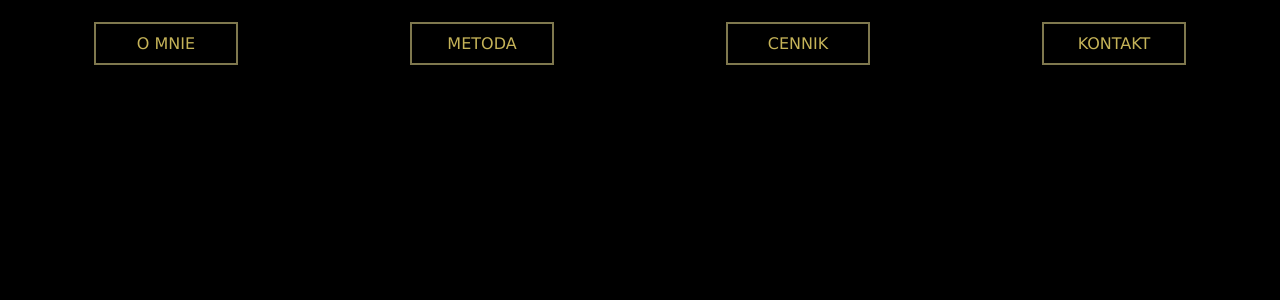
Repository: LechCieslak/Anna_Cieslak_v2.1
Page: index.html
These files come from the project's save history. The page is drawn as it stood at one moment and after a run of saves; the edit follows.
The browser window is 1280 px wide. The pictures show the whole page.

Above is the page before, as saved 2020-08-27 21:23:01.

After the next 2 saves:
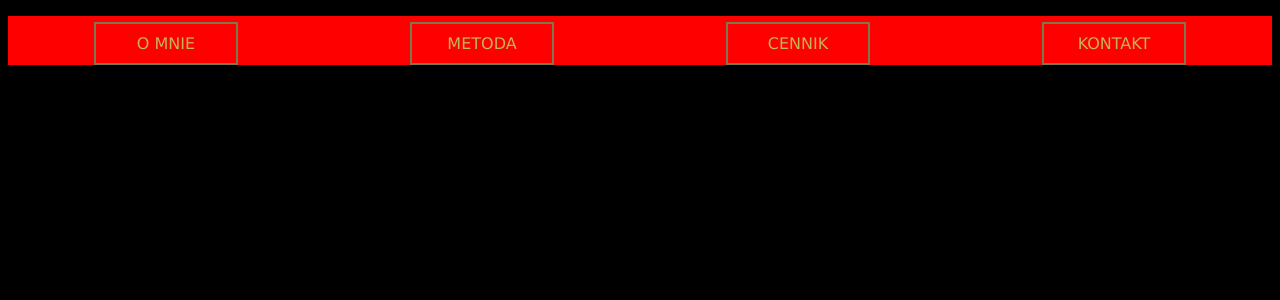
The 2 saves are shown as one change because they came seconds apart.
The last was saved 6 s later.
--- a/style.css
+++ b/style.css
@@ -14,7 +14,7 @@
 }
 
 .bodyCover {
-    background-position-y: ;
+    background-color: red;
 }
 
 main {
